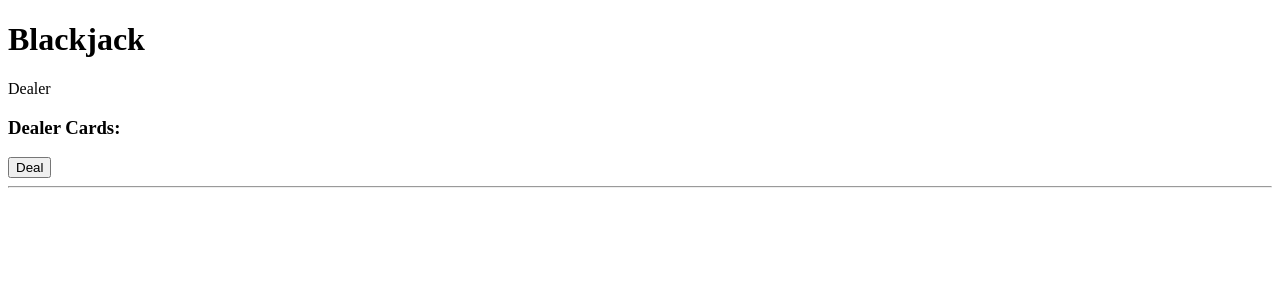
Repository: filiptodoric/blackjack-eclipse
Page: blackjack/WebContent/index.html
These files come from the project's save history. The page is drawn as it stood at one moment and after the next save; the edit follows.
The browser window is 1280 px wide. The pictures show the whole page.
Some web libraries are served in a nearby version.

Above is the page before, as saved 2015-11-07 22:02:47.

After the next save:
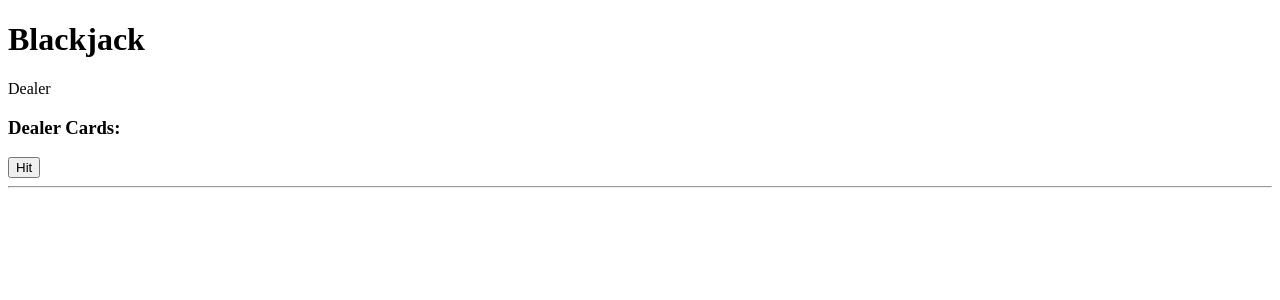
Saved 38 s later.
--- a/blackjack/WebContent/index.html
+++ b/blackjack/WebContent/index.html
@@ -42,7 +42,7 @@
 <h1>Blackjack</h1>
   <div id="dealer">Dealer
   	<h3>Dealer Cards:</h3>
-  	<button onclick="change()">Deal</button>
+  	<button onclick="hit(player1_hand)">Hit</button>
   	<div id="dealer-cards">
 
   	</div>
